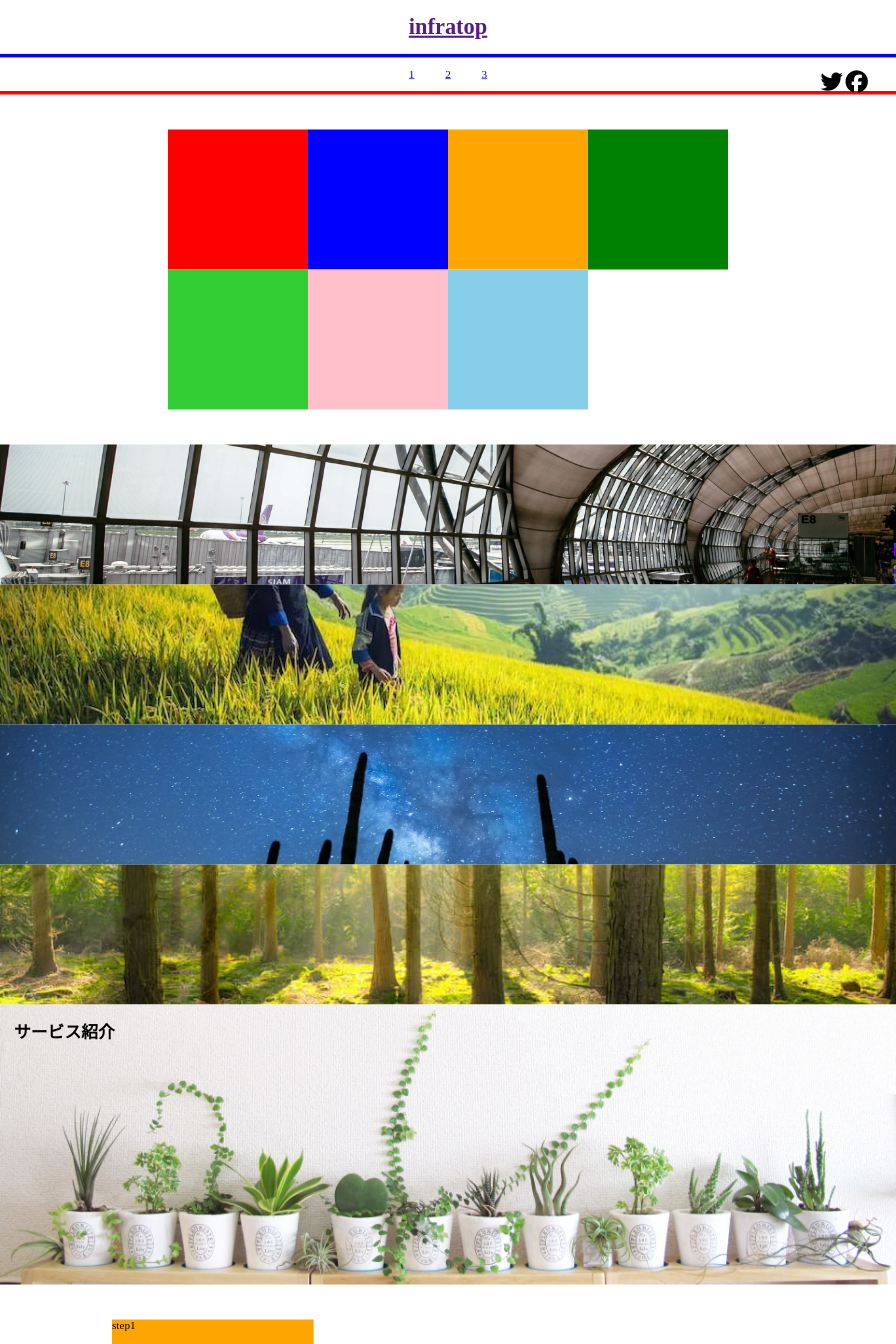
Repository: yymmyymm/review-sub1
Page: caravan2/index2.html
The author's editor kept a record of every edit. The page is drawn from the files as they stood at one moment, then again after the next edit.
The browser window is 1280 px wide. The pictures show the part of the page from y = 0 to 1920 px (the page is 3433 px tall before and 3453 px after), at 70% of full size.
Some web libraries are served in a nearby version.

Above is the page before.

### caravan2/index2.html
<!DOCTYPE html>
<html lang="ja">
  <head>
    <meta charset="UTF-8"/>
    <script src="https://kit.fontawesome.com/0855b218b3.js" crossorigin="anonymous"></script>
    <link rel="stylesheet" href="style2.css"/>
    <title>演習</title>
  </head>
  <body>
    <div class="position">

    <i class="fa-brands fa-twitter"></i>
    <i class="fa-brands fa-facebook"></i>
    </div>
  <header>
    <h1 class="heading"><a href="">infratop</a>
    </h1>
  </header>

  <nav>
    <ul class="nav-list">
      <li class="nav-list-item">
        <a href="index2.html">1</a>
      </li>
       <li class="nav-list-item">
        <a href="index2.html">2</a>
      </li>
       <li class="nav-list-item">
        <a href="index2.html">3</a>
      </li>

    </ul>
  </nav>
  <div class="main">
    <div class="box1"></div>
    <div class="box2"></div>
    <div class="box3"></div>
    <div class="box4"></div>
    <div class="box5"></div>
    <div class="box6"></div>
    <div class="box7"></div>

  </div>
    <div class="airport"></div>
    <div class="asia"></div>
    <div class="desert"></div>
    <div class="forest"></div>

  <section class="main-visual">
    <h1 class="headline">サービス紹介</h1>
  </section>

  <main>
    <div class="step box">
      <div class="step img1"></div>
      <span clss="step num">step1</span>
      <h3 class="title">タイトル１</h3>
      <p class="text">
        文章が入ります。。。。。。。。。。。。。。。。。。。。。。。。。。。。。。。。。。。。。。。。。。。。。。。。。
      </p>
    </div>




  <ul class="item-list">
    <li class="item">リスト１</li>
    <li class="item">リスト２</li>
    <li class="item">リスト３</li>
    <li class="item">リスト４</li>
    <li class="item">リスト５</li>
    <li class="item">リスト６</li>
    <li class="item">リスト７</li>
  </ul>
  <div class="box-list">
    <div class="box"></div>
     <div class="box"></div>
    <div class="box"></div>
    <div class="box"></div>
    <div class="box"></div>
    <div class="box"></div>
    <div class="box"></div>
    <div class="box"></div>
    <div class="box"></div>


  </div>
  </main>



  <footer>
    <p class="footer-text">© All rights reserved by Infratop.Inc.</p>
  </footer>


  </body>
</html>

### caravan2/style2.css
*{
  margin: 0;
  padding: 0;
  box-sizing: border-box;
}

header{
  width: 100%;
  padding: 20px 0;
  text-align: center;
}

.nav-list{
  text-align: center;
  padding: 15px 0;
  margin: 0 auto;
  border-bottom: 5px solid red;
  border-top: 5px solid blue;
}

.nav-list-item{
  list-style: none;
  display: inline-block;
  margin: 0 20px;
}

.fa-brands {
  font-size: 32px;
}

.position{
  position: absolute;
  top:100px;
  right: 40px;
}

.main{
  width: 800px;
  display: flex;
  flex-wrap: wrap;
  margin: 50px auto;
}

.step-box{
  width: 300px;
  margin-right: 30%;
 padding: 10px;
  position: relative;
  background-color: #eee;
}

.step-img1{
  height: 150px;
  background-image: url(img/flow01.png);
  background-position: bottom;
  background-size: cover;
}

.step-img2{
  height: 150px;
  background-image: url(img/flow02.png);
  background-position: bottom;
  background-size: cover;
}

.step-img3{
  height: 150px;
  background-image: url(img/flow03.png);
  background-position: bottom;
  background-size: cover;
}

.step-num{
  position: absolute;
  top: 0;
  left: 0;
  background-color: #ff9a4b;
  color: #fff;
}

.title{
  margin: 15px 0 5px;
}

.text{
  height: 50px;
  background-color:  #aaa;
}

.box1{
  width: 200px;
  height: 200px;
  background-color: red;
}

.box2{
  width: 200px;
  height: 200px;
  background-color: blue;
}
.box3{
  width: 200px;
  height: 200px;
  background-color: orange;
}
.box4{
  width: 200px;
  height: 200px;
  background-color: green;
}
.box5{
  width: 200px;
  height: 200px;
  background-color: limegreen;
}
.box6{
  width: 200px;
  height: 200px;
  background-color: pink;
}
.box7{
  width: 200px;
  height: 200px;
  background-color: skyblue;
}

.airport{
  height:200px;
  background-image:url(img/airport.jpg);
  background-size:cover;
  background-position:center;
}

.asia{
  height:200px;
  background-image:url(img/asia.jpg);
  background-size:cover;
  background-position:center;
}

.desert{
  height:200px;
  background-image:url(img/desert.jpg);
  background-size:cover;
  background-position:center;
}

.forest{
  height:200px;
  background-image:url(img/forest.jpg);
  background-size:cover;
  background-position:center;
}

.main-visual {
  height: 400px;
  width: 100%;
  background-image: url(img2/mv.jpg);
  background-size: cover;
  background-position: bottom;
}

.headline{
padding: 20px;
}

main{
  width: 960px;
  margin: 50px auto;
}

.item-list{
  margin-bottom: 50px;
}

.item{
  padding: 20px;
  list-style: none;
}

.item:nth-child(odd){
background-color: #eee;
}

.box-list{
  display: flex;
  flex-wrap: wrap;
}

.box{
  background-color: #ffd700;
  width: 30%;
  height: 200px;
  margin-right: 5%;
  margin-bottom: 40px;
}

.box:first-child,
.box:nth-child(5),
.box:last-child{
  background-color: orange;
}

.box:nth-child(3n){
  margin-right: 0;
}

.box:nth-last-child(-n+3){
  margin-bottom: 0;
}

footer{
  width: 100%;
  height: 120px;
text-align: center;
line-height: 120px;
background-color: yellow;
}

.footer-text{
  color: white;
}

After the next edit:
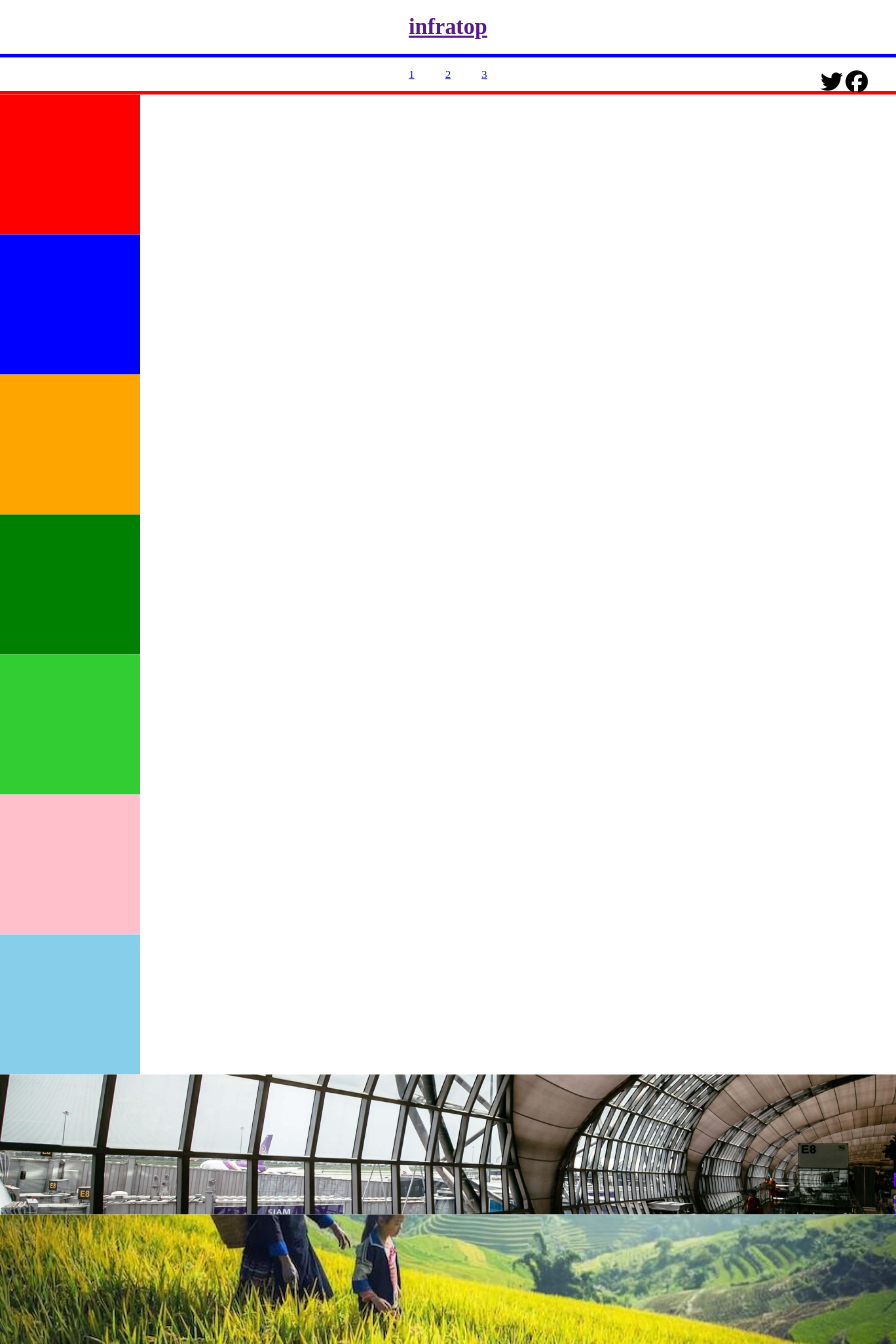
The edit:
--- a/caravan2/style2.css
+++ b/caravan2/style2.css
@@ -34,8 +34,8 @@
   right: 40px;
 }
 
-.main{
-  width: 800px;
+main{
+  width: 960px;
   display: flex;
   flex-wrap: wrap;
   margin: 50px auto;
